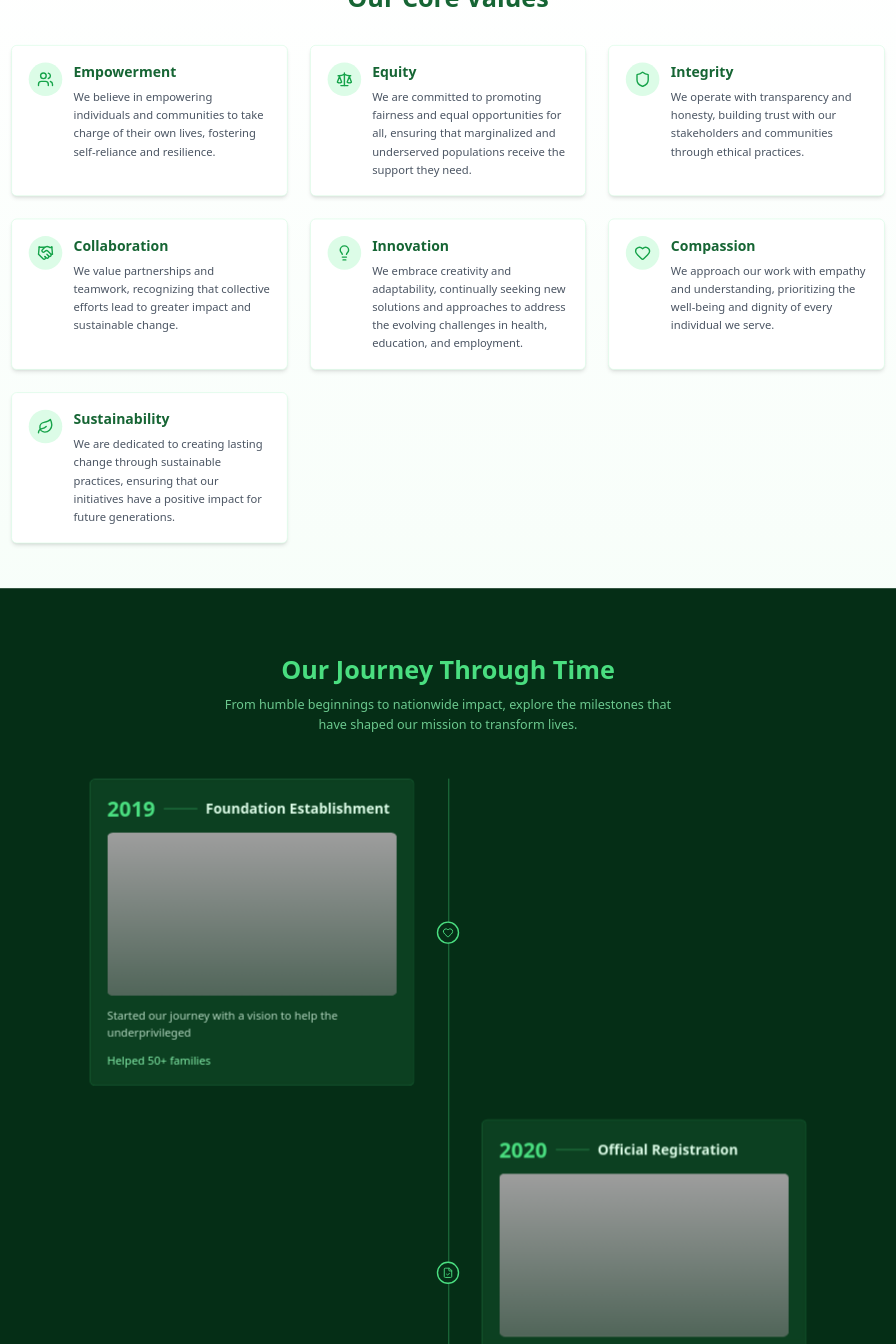
Repository: rajukumar2003/chandra-foundation
Page: /aboutus
An editor plug-in stored every save of this project. The page is shown before and after the next save, followed by the edit.
The browser window is 1280 px wide. The pictures show the part of the page from y = 2405 to 4325 px (the page is 7671 px tall), at 70% of full size.
Pictures or frames that could not be fetched are drawn as grey boxes. The project was rebuilt for these pictures with package versions that can differ from the ones it lists, and the page was loaded fresh each time. The framework's server and built-in components were replaced by stand-ins that run in the browser. Also part of the build but not shown: next.config.ts.

Above is the page before, as saved 2025-01-30 20:29:50.

### app/layout.tsx
import type { Metadata } from "next";
import { Geist, Geist_Mono } from "next/font/google";
import "./globals.css";
import Navbar from "./components/navbar";
import Footer from "./components/Footer";

const geistSans = Geist({
  variable: "--font-geist-sans",
  subsets: ["latin"],
});

const geistMono = Geist_Mono({
  variable: "--font-geist-mono",
  subsets: ["latin"],
});

export const metadata: Metadata = {
  title: "Create Next App",
  description: "Generated by create next app",
};

export default function RootLayout({
  children,
}: Readonly<{
  children: React.ReactNode;
}>) {
  return (
    <html lang="en">
      <body
        className={`${geistSans.variable} ${geistMono.variable} antialiased`}
      >
        <Navbar />
        {children}
        <Footer/>
      </body>
    </html>
  );
}

### app/globals.css
@tailwind base;
@tailwind components;
@tailwind utilities;
@layer base {
  :root {
    --background: 0 0% 100%;
    --foreground: 0 0% 3.9%;
    --card: 0 0% 100%;
    --card-foreground: 0 0% 3.9%;
    --popover: 0 0% 100%;
    --popover-foreground: 0 0% 3.9%;
    --primary: 0 0% 9%;
    --primary-foreground: 0 0% 98%;
    --secondary: 0 0% 96.1%;
    --secondary-foreground: 0 0% 9%;
    --muted: 0 0% 96.1%;
    --muted-foreground: 0 0% 45.1%;
    --accent: 0 0% 96.1%;
    --accent-foreground: 0 0% 9%;
    --destructive: 0 84.2% 60.2%;
    --destructive-foreground: 0 0% 98%;
    --border: 0 0% 89.8%;
    --input: 0 0% 89.8%;
    --ring: 0 0% 3.9%;
    --chart-1: 12 76% 61%;
    --chart-2: 173 58% 39%;
    --chart-3: 197 37% 24%;
    --chart-4: 43 74% 66%;
    --chart-5: 27 87% 67%;
    --radius: 0.5rem
  }
  .dark {
    --background: 0 0% 3.9%;
    --foreground: 0 0% 98%;
    --card: 0 0% 3.9%;
    --card-foreground: 0 0% 98%;
    --popover: 0 0% 3.9%;
    --popover-foreground: 0 0% 98%;
    --primary: 0 0% 98%;
    --primary-foreground: 0 0% 9%;
    --secondary: 0 0% 14.9%;
    --secondary-foreground: 0 0% 98%;
    --muted: 0 0% 14.9%;
    --muted-foreground: 0 0% 63.9%;
    --accent: 0 0% 14.9%;
    --accent-foreground: 0 0% 98%;
    --destructive: 0 62.8% 30.6%;
    --destructive-foreground: 0 0% 98%;
    --border: 0 0% 14.9%;
    --input: 0 0% 14.9%;
    --ring: 0 0% 83.1%;
    --chart-1: 220 70% 50%;
    --chart-2: 160 60% 45%;
    --chart-3: 30 80% 55%;
    --chart-4: 280 65% 60%;
    --chart-5: 340 75% 55%
  }
}
@layer base {
  * {
    @apply border-border;
  }
  body {
    @apply bg-background text-foreground;
  }
}

@keyframes float {
  0%, 100% {
    transform: translateY(0);
  }
  50% {
    transform: translateY(-20px);
  }
}

@keyframes float-delayed {
  0%, 100% {
    transform: translateY(0);
  }
  50% {
    transform: translateY(-15px);
  }
}

.animate-float {
  animation: float 6s ease-in-out infinite;
}

.animate-float-delayed {
  animation: float-delayed 5s ease-in-out infinite;
  animation-delay: 1s;
}

### app/components/AboutIntro.tsx
"use client";

import { motion } from "framer-motion";
import Image from "next/image";

export default function AboutUsIntro() {
  return (
    <section className="py-16 bg-white">
      <div className="container mx-auto px-4">
        <div>
          <h2 className="text-4xl font-bold text-green-800 my-12 flex justify-center items-center">Who We Are</h2>
        </div>
        <div className="grid lg:grid-cols-2 gap-12 lg:gap-20 items-center justify-center">
          {/* Left side - Image */}
          <motion.div
            initial={{ opacity: 0, x: -20 }}
            animate={{ opacity: 1, x: 0 }}
            transition={{ duration: 0.6 }}
            className="relative"
          >
            <div className="relative rounded-3xl overflow-hidden border border-green-200 aspect-[16/9]">
              <Image
                src="/images/aboutus.png"
                alt="Making a difference in communities"
                fill
                className="object-cover"
              />
              {/* Decorative borders */}
              <div className="absolute inset-0 border-2 border-green-100 rounded-3xl transform rotate-2" />
              <div className="absolute inset-0 border-2 border-green-100 rounded-3xl transform -rotate-2" />
            </div>
          </motion.div>

          {/* Right side - Content */}
          <motion.div
            initial={{ opacity: 0, x: 20 }}
            animate={{ opacity: 1, x: 0 }}
            transition={{ duration: 0.6, delay: 0.2 }}
            className="space-y-8"
          >
            {/* Short Para / Who we are */}
            <div>
              <p className="text-gray-600 text-lg leading-relaxed">
                Founded in 2019, Chandra Foundation emerged from a vision to
                create lasting positive change in underserved communities. What
                began as a small initiative has grown into a dynamic force for
                social transformation, touching thousands of lives across
                multiple regions.
              </p>
            </div>

            {/* Our Journey */}
            <div>
              <h3 className="text-2xl font-semibold text-green-700 mb-2">
                Our Journey
              </h3>
              <p className="text-gray-600 text-lg leading-relaxed">
                From our humble beginnings distributing essential supplies,
                we&apos;ve evolved into a comprehensive support system focusing on
                education, healthcare, and sustainable development. Each year
                marks new milestones in our mission to empower communities.
              </p>
            </div>

            {/* Founding Story */}
            <div>
              <h3 className="text-2xl font-semibold text-green-700 mb-2">
                Founding Story
              </h3>
              <p className="text-gray-600 text-lg leading-relaxed">
                Our founder, Chandra Kumar, witnessed firsthand the challenges
                faced by underprivileged communities. This personal experience
                sparked a commitment to create an organization that would bridge
                the gap between resources and needs, ensuring no one is left
                behind.
              </p>
            </div>

          </motion.div>
        </div>
      </div>
    </section>
  );
}

### app/components/AboutHero.tsx
"use client"

import { motion } from "framer-motion"
import Image from "next/image"

export default function AboutHero() {
  return (
    <section className="relative min-h-[70vh] md:min-h-[80vh] flex items-center justify-center overflow-hidden">
      <Image
        src="/images/about.png"
        alt="Chandra Foundation team working in the community"
        fill
        style={{ objectFit: "cover", filter: "brightness(0.8)" }}
        className="absolute inset-0"
        priority
      />
      <div className="absolute inset-0 bg-black opacity-10" />
      <div className="absolute inset-0 bg-gradient-to-b from-black/20 to-black/10" />
      {/* <div className="absolute inset-0 bg-gradient-to-b from-green-900/70 to-green-800/70" /> */}
      <div className="absolute inset-0 bg-grid-white/[0.05]" />

      <div className="relative z-20 text-center text-white max-w-4xl mx-auto px-4">
        <motion.h1
          initial={{ opacity: 0, y: 30 }}
          animate={{ opacity: 1, y: 0 }}
          transition={{ duration: 0.8, ease: "easeOut" }}
          className="text-4xl md:text-5xl lg:text-6xl font-bold mb-6 leading-tight"
        >
          About Us
        </motion.h1>
        <motion.p
          initial={{ opacity: 0, y: 30 }}
          animate={{ opacity: 1, y: 0 }}
          transition={{ duration: 0.8, delay: 0.2, ease: "easeOut" }}
          className="text-xl md:text-2xl lg:text-3xl font-light"
        >
          Empowering Communities, Transforming Lives
        </motion.p>
      </div>
    </section>
  )
}

### app/components/HistorySection.tsx
"use client"

import { motion } from "framer-motion"
import { Heart, FileCheck, TrendingUp, Sparkles, GraduationCap, Eye, Utensils, Trophy } from "lucide-react"
import Image from "next/image"

const timelineEvents = [
  {
    year: 2019,
    title: "Foundation Establishment",
    description: "Started our journey with a vision to help the underprivileged",
    stats: "Helped 50+ families",
    icon: Heart,
    image: "/images/foundation.jpg",
  },
  {
    year: 2020,
    title: "Official Registration",
    description: "Registered as a non-profit organization to expand our reach",
    stats: "Became officially recognized",
    icon: FileCheck,
    image: "/images/registration.jpg",
  },
  {
    year: 2021,
    title: "Growing Impact",
    description: "Expanded our programs to education and healthcare",
    stats: "Reached 500+ beneficiaries",
    icon: TrendingUp,
    image: "/images/impact.jpg",
  },
  {
    year: 2022,
    title: "Community Growth & Food Security",
    description: "Launched AnnaSamruddhi food distribution program, reaching thousands of families in need",
    stats: ["100+ active volunteers", "5000+ meals distributed", "5 community kitchens established"],
    icon: Utensils,
    image: "/images/food-distribution.jpg",
  },
  {
    year: 2023,
    title: "Healthcare Milestones",
    description: "Organized free eye camps under AyushKalyan initiative, serving rural communities",
    stats: ["5 community awards", "1000+ eye checkups conducted", "200+ spectacles distributed"],
    icon: Eye,
    image: "/images/eye-camp.jpg",
  },
  {
    year: 2024,
    title: "Skill Development Initiative",
    description: "Launched comprehensive skill certification program under KarmaVikas",
    stats: ["500+ youth trained", "10 skill development centers", "80% placement rate"],
    icon: GraduationCap,
    image: "/images/skill-development.jpg",
  },
  {
    year: 2025,
    title: "Official Launch",
    description: "Grand inauguration of Chandra Foundation headquarters",
    stats: ["Nationwide recognition", "Pan-India presence", "Strategic partnerships established"],
    icon: Trophy,
    image: "/images/launch.jpg",
  },
]

export default function HistorySection() {
  return (
    <section className="py-24 bg-green-950 text-white relative overflow-hidden">

      <div className="container mx-auto px-4 relative">
        <motion.div
          initial={{ opacity: 0, y: 20 }}
          whileInView={{ opacity: 1, y: 0 }}
          viewport={{ once: true }}
          transition={{ duration: 0.6 }}
          className="text-center mb-16"
        >
          <h2 className="text-3xl md:text-4xl font-bold text-green-400 mb-4">Our Journey Through Time</h2>
          <p className="text-green-300/80 max-w-2xl mx-auto text-lg">
            From humble beginnings to nationwide impact, explore the milestones that have shaped our mission to
            transform lives.
          </p>
        </motion.div>

        <div className="relative max-w-5xl mx-auto">
          {/* Timeline Line */}
          <div className="absolute left-4 md:left-1/2 top-0 bottom-0 w-0.5 bg-green-400/30" />

          {timelineEvents.map((event, index) => (
            <motion.div
              key={event.year}
              initial={{ opacity: 0, y: 20 }}
              whileInView={{ opacity: 1, y: 0 }}
              viewport={{ once: true }}
              transition={{ duration: 0.6, delay: index * 0.1 }}
              className={`relative flex items-center mb-12 ${index % 2 === 0 ? "md:flex-row" : "md:flex-row-reverse"}`}
            >
              {/* Timeline Node */}
              <div className="absolute left-4 md:left-1/2 w-8 h-8 bg-green-950 rounded-full border-2 border-green-400 transform -translate-x-4 md:-translate-x-4 z-10">
                <event.icon className="w-4 h-4 text-green-400 absolute top-1/2 left-1/2 transform -translate-x-1/2 -translate-y-1/2" />
              </div>

              {/* Content */}
              <div className={`ml-12 md:ml-0 md:w-1/2 ${index % 2 === 0 ? "md:pr-12" : "md:pl-12"}`}>
                <div className="bg-green-900/50 backdrop-blur-sm rounded-lg p-6 border border-green-400/20 hover:border-green-400/40 transition-colors">
                  <div className="flex items-center mb-4">
                    <span className="text-3xl font-bold text-green-400">{event.year}</span>
                    <div className="w-12 h-0.5 bg-green-400/30 mx-3" />
                    <h3 className="text-xl font-semibold text-green-100">{event.title}</h3>
                  </div>

                  <div className="relative aspect-video w-full mb-4 rounded-lg overflow-hidden">
                    <Image src={event.image || "/placeholder.svg"} alt={event.title} fill className="object-cover" />
                    <div className="absolute inset-0 bg-gradient-to-t from-green-950/50 to-transparent" />
                  </div>

                  <p className="text-green-100/80 mb-4">{event.description}</p>

                  {Array.isArray(event.stats) ? (
                    <ul className="space-y-2">
                      {event.stats.map((stat, i) => (
                        <li key={i} className="flex items-center text-green-300">
                          <div className="w-1.5 h-1.5 bg-green-400 rounded-full mr-2" />
                          {stat}
                        </li>
                      ))}
                    </ul>
                  ) : (
                    <p className="text-green-300">{event.stats}</p>
                  )}
                </div>
              </div>
            </motion.div>
          ))}

          {/* Future Indicator */}
          <div className="absolute left-4 md:left-1/2 bottom-0 transform -translate-x-4 md:-translate-x-4">
            <div className="w-8 h-8 rounded-full bg-green-400/20 flex items-center justify-center">
              <Sparkles className="w-4 h-4 text-green-400" />
            </div>
          </div>
        </div>
      </div>
    </section>
  )
}

### components/ui/button.tsx
import * as React from "react"
import { Slot } from "@radix-ui/react-slot"
import { cva, type VariantProps } from "class-variance-authority"

import { cn } from "@/lib/utils"

const buttonVariants = cva(
  "inline-flex items-center justify-center gap-2 whitespace-nowrap rounded-md text-sm font-medium transition-colors focus-visible:outline-none focus-visible:ring-1 focus-visible:ring-ring disabled:pointer-events-none disabled:opacity-50 [&_svg]:pointer-events-none [&_svg]:size-4 [&_svg]:shrink-0",
  {
    variants: {
      variant: {
        default:
          "bg-primary text-primary-foreground shadow hover:bg-primary/90",
        destructive:
          "bg-destructive text-destructive-foreground shadow-sm hover:bg-destructive/90",
        outline:
          "border border-input bg-background shadow-sm hover:bg-accent hover:text-accent-foreground",
        secondary:
          "bg-secondary text-secondary-foreground shadow-sm hover:bg-secondary/80",
        ghost: "hover:bg-accent hover:text-accent-foreground",
        link: "text-primary underline-offset-4 hover:underline",
      },
      size: {
        default: "h-9 px-4 py-2",
        sm: "h-8 rounded-md px-3 text-xs",
        lg: "h-10 rounded-md px-8",
        icon: "h-9 w-9",
      },
    },
    defaultVariants: {
      variant: "default",
      size: "default",
    },
  }
)

export interface ButtonProps
  extends React.ButtonHTMLAttributes<HTMLButtonElement>,
    VariantProps<typeof buttonVariants> {
  asChild?: boolean
}

const Button = React.forwardRef<HTMLButtonElement, ButtonProps>(
  ({ className, variant, size, asChild = false, ...props }, ref) => {
    const Comp = asChild ? Slot : "button"
    return (
      <Comp
        className={cn(buttonVariants({ variant, size, className }))}
        ref={ref}
        {...props}
      />
    )
  }
)
Button.displayName = "Button"

export { Button, buttonVariants }

### components/ui/input.tsx
import * as React from "react"

import { cn } from "@/lib/utils"

const Input = React.forwardRef<HTMLInputElement, React.ComponentProps<"input">>(
  ({ className, type, ...props }, ref) => {
    return (
      <input
        type={type}
        className={cn(
          "flex h-9 w-full rounded-md border border-input bg-transparent px-3 py-1 text-base shadow-sm transition-colors file:border-0 file:bg-transparent file:text-sm file:font-medium file:text-foreground placeholder:text-muted-foreground focus-visible:outline-none focus-visible:ring-1 focus-visible:ring-ring disabled:cursor-not-allowed disabled:opacity-50 md:text-sm",
          className
        )}
        ref={ref}
        {...props}
      />
    )
  }
)
Input.displayName = "Input"

export { Input }

Loaded but not shown: lib/utils.ts (common file); tailwind.config.js (83 lines, source omitted); app/(root)/aboutus/page.tsx (408 lines, source omitted); components/ui/dropdown-menu.tsx (201 lines, source omitted); app/components/navbar.tsx (187 lines, source omitted); app/components/VisionMission.tsx (108 lines, source omitted); app/components/Footer.tsx (118 lines, source omitted); app/components/CoreValues.tsx (96 lines, source omitted)

After the next save:
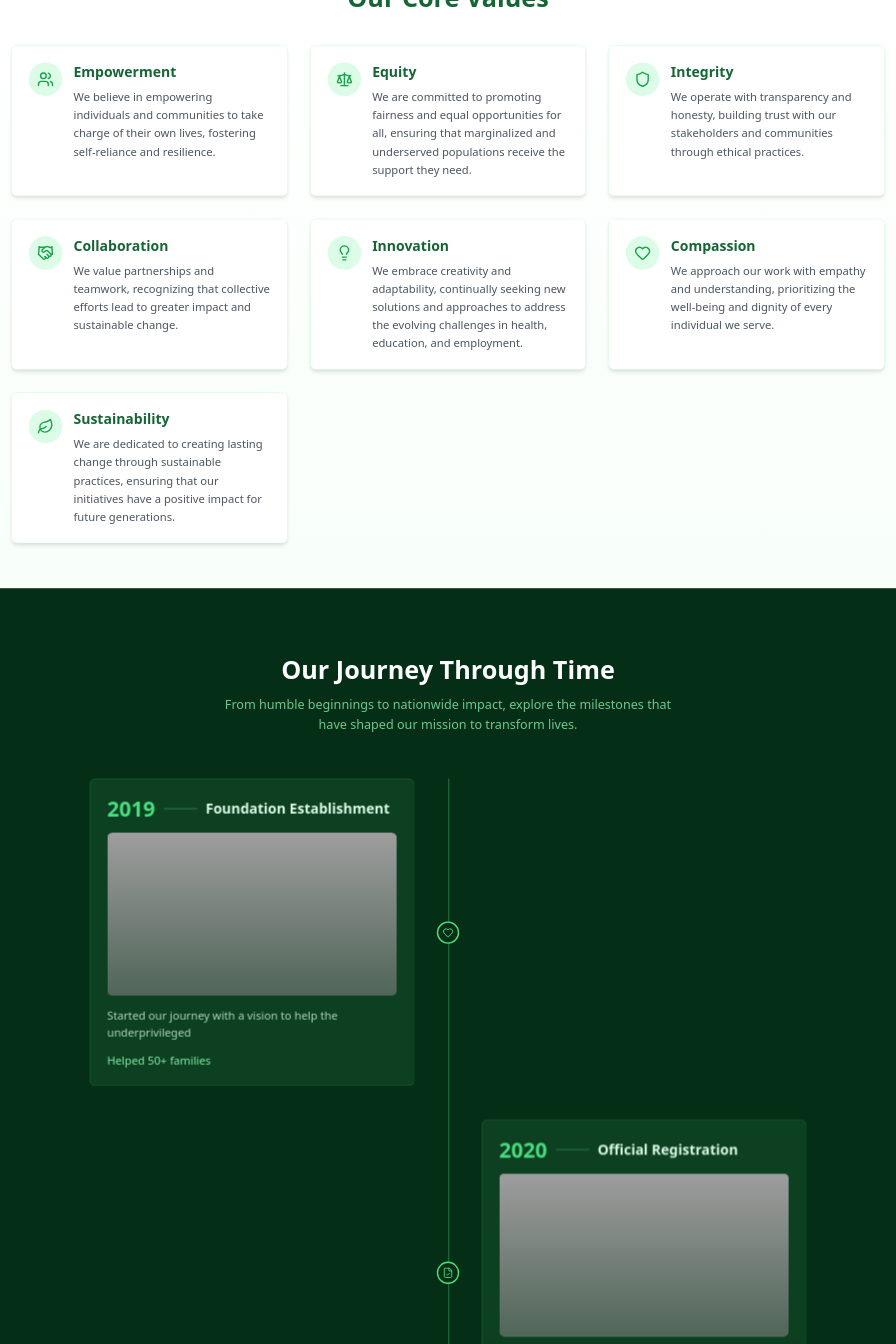
Saved 55 s later.
--- a/app/components/HistorySection.tsx
+++ b/app/components/HistorySection.tsx
@@ -75,7 +75,7 @@
           transition={{ duration: 0.6 }}
           className="text-center mb-16"
         >
-          <h2 className="text-3xl md:text-4xl font-bold text-green-400 mb-4">Our Journey Through Time</h2>
+          <h2 className="text-3xl md:text-4xl font-bold mb-4">Our Journey Through Time</h2>
           <p className="text-green-300/80 max-w-2xl mx-auto text-lg">
             From humble beginnings to nationwide impact, explore the milestones that have shaped our mission to
             transform lives.

After the save that followed:
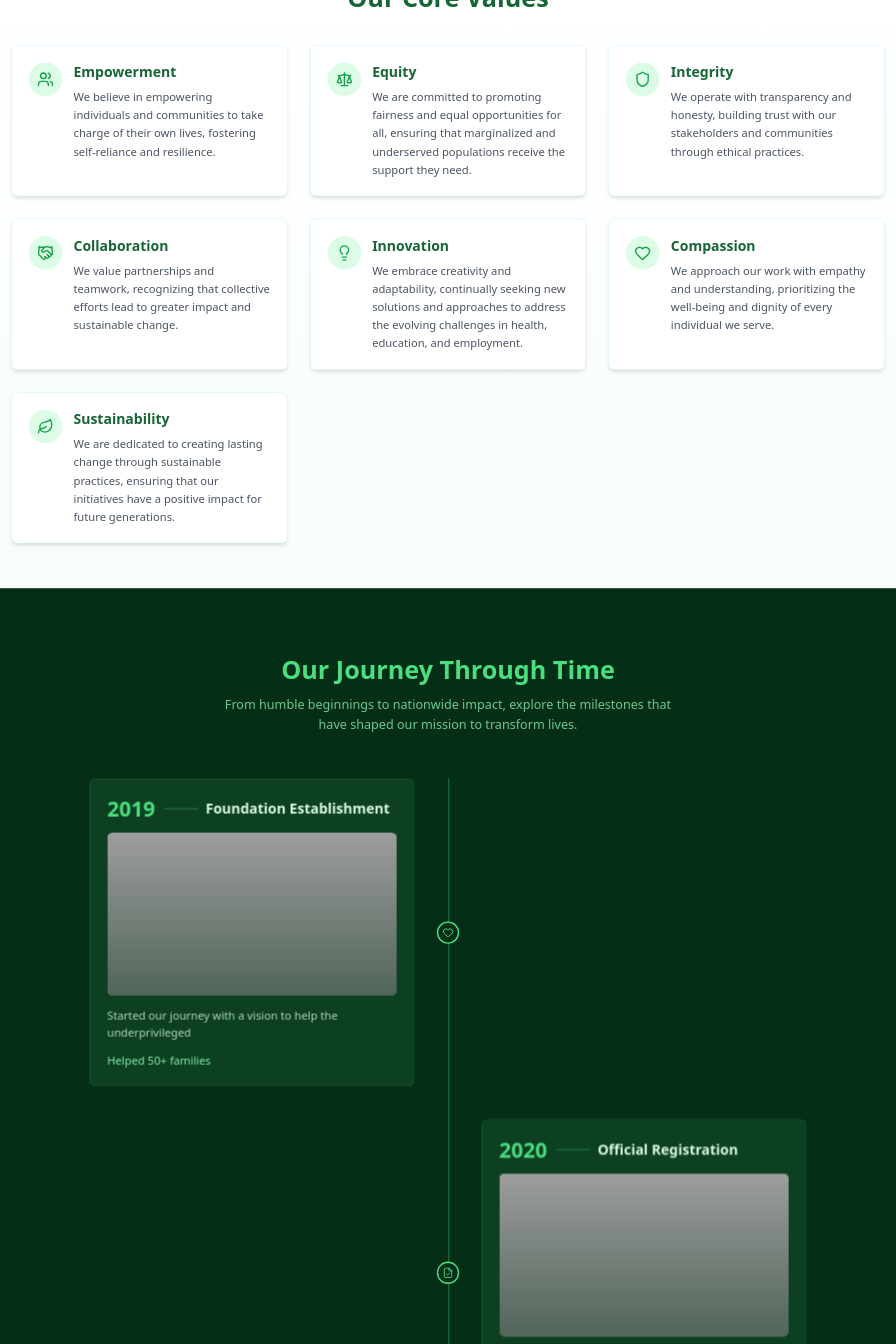
Saved 19 s later.
--- a/app/components/HistorySection.tsx
+++ b/app/components/HistorySection.tsx
@@ -75,7 +75,7 @@
           transition={{ duration: 0.6 }}
           className="text-center mb-16"
         >
-          <h2 className="text-3xl md:text-4xl font-bold mb-4">Our Journey Through Time</h2>
+          <h2 className="text-3xl md:text-4xl font-bold text-green-400 mb-4">Our Journey Through Time</h2>
           <p className="text-green-300/80 max-w-2xl mx-auto text-lg">
             From humble beginnings to nationwide impact, explore the milestones that have shaped our mission to
             transform lives.
